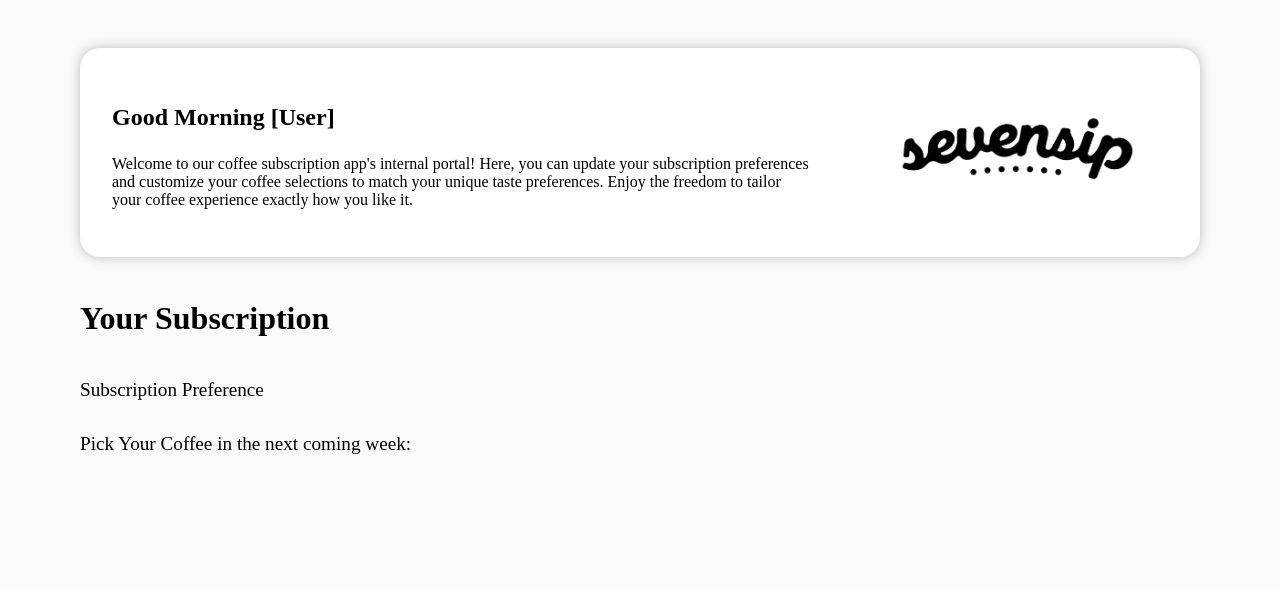
Repository: Haydenleung/COMP-4170-Final-Project
Page: http://localhost/main
The author's editor kept a copy of each file at every save. The page is drawn from the files as they stood at one save, then again after the next save.
The browser window is 1280 px wide. The pictures show the whole page.
The page is served by the project's Node server (app.js).

Above is the page before, as saved 2024-03-22 17:47:13.

### views/main.ejs
<%- include('partials/header') %>


    <div class="main-container">
        <div class="main-subcontainer">
            <div class="main-welcome">
                <div class="main-greeting">
                    <h3>Good Morning [User]</h3>
                    <p>Welcome to our coffee subscription app's internal portal! Here, you can update your subscription
                        preferences and customize your coffee selections to match your unique taste preferences. Enjoy
                        the freedom to tailor your coffee experience exactly how you like it.</p>
                </div>
                <div class="main-feature">

                </div>
            </div>
            <div class="main-logo-container">
                <img class="main-logo" src="/images/logo.png" alt="company logo" />

            </div>
        </div>
        <div class="main-content">
            <h4>Your Subscription</h4>
            <div>
                <h5>Subscription Preference</h5>
                <div></div>
            </div>
            <div>
                <h5>Pick Your Coffee in the next coming week:</h5>
                <div></div>
            </div>
        </div>
    </div>

    <%- include('partials/footer') %>

### views/partials/header.ejs
<!DOCTYPE html>
<html lang="en">

<head>
    <meta charset="UTF-8" />
    <meta http-equiv="X-UA-Compatible" content="IE=edge" />
    <meta name="viewport" content="width=device-width, initial-scale=1.0" />
    <link rel="stylesheet" href="styles/main.css" />
    <title>Subscriber Portal</title>
</head>

<body>
    <main>

### app.js
import express from "express";
import pg from "pg";

const app = express();
const port = 3000;

app.set('view engine', 'ejs');

app.use(express.urlencoded({ extended: true }));
app.use(express.static("public"));

app.get("/", (req, res) => {
    res.render("index.ejs");
});

app.get("/register", (req, res) => {
    res.render("register.ejs");
});

app.get("/main", (req, res) => {
    res.render("main.ejs");
});

app.listen(port, () => {
    console.log(`Server running on port ${port}`);
});

### public/styles/main.css
* {
    box-sizing: border-box;
    font-family: "Montserrat";
}

html {
    background-color: #FAFAFA;
    height: 100vh;
    padding: 0;
    margin: 0;
}

body {
    display: flex;
    flex-direction: column;
    padding: 0;
    margin: 0;
    height: 100%;
}

main {
    display: flex;
    flex-grow: 1;
}

.home {
    display: flex;
    flex-direction: row;
    height: 100%;
    width: 100%;
}

.photo {
    object-fit: cover;
    width: 100%;
    height: 100%;
    border-radius: 0 20px 20px 0;
}

.home-photo {
    height: 100%;
    flex-grow: 1;
    overflow: hidden;
}

.home-login {
    min-width: 40rem;
    display: flex;
    flex-direction: column;
    justify-content: center;
    align-items: center;
}

.login-container {
    width: 100%;
    height: 100%;
    display: flex;
    flex-direction: column;
    justify-content: center;
    align-items: center;
    padding: 1rem 8rem;
}

.logo {
    width: 10rem;
    margin-bottom: 4rem;
}

.form-container {
    display: flex;
    flex-direction: column;
    align-items: center;
    /* background-color: grey; */
    width: 100%;
    margin-bottom: 1.5rem;
}

h3 {
    font-size: 1.5em;
}

.form-title {
    text-align: center;
    margin-bottom: 3rem;
}

.form-main {
    width: 100%;
    display: flex;
    flex-direction: column;
    align-items: center;
    gap: 1.5rem;
}

.login-form {
    width: 100%;
}

.login-button {
    width: 100%;
    display: flex;
    flex-direction: column;
    gap: 1.5rem;
    margin-top: 2rem;
}

.forminput {
    width: 100%;
    height: 3rem;
    background-color: transparent;
    border: none;
    border-bottom: 1px solid black;
    padding: 1rem;
    font-size: 1em;
}

.forminput:focus {
    outline: none;
}

.submitbtn,
.regbtn {
    width: 100%;
    height: 3rem;
    border-radius: 6px;
    border: none;
    font-size: 1em;
    font-weight: 600;
    color: white;
    cursor: pointer;
    text-decoration: none;
    display: flex;
    justify-content: center;
    align-items: center;
}

.submitbtn {
    background-color: #73AC92;
}

.regbtn {
    background-color: #969696
}

.regisblue {
    background-color: #3EA1DB;
}

/* Main */

.main-container {
    width: 100%;
    display: flex;
    flex-direction: column;
    align-items: center;
    padding: 3rem 5rem;
}

.main-subcontainer {
    width: 100%;
    background-color: white;
    border-radius: 15pt;
    box-shadow: 0 0 12px rgba(0, 0, 0, 0.25);
    display: flex;
    flex-direction: row;
    padding: 2rem;
    justify-content: center;
    align-items: center;
    gap: 5%;
}

.main-welcome {
    flex-grow: 1;
    display: flex;
    flex-direction: column;
    width: 100%;
    height: 100%;
}

.main-logo-container {
    padding: 2rem;
    width: 40%;
}

.main-logo {
    width: 100%;
}



.main-content {
    width: 100%;
}

h4 {
    font-size: 2em;
}

h5 {
    font-size: 1.2em;
    font-weight: 400;
}

Loaded but not shown: views/partials/footer.ejs (common file)

After the next save:
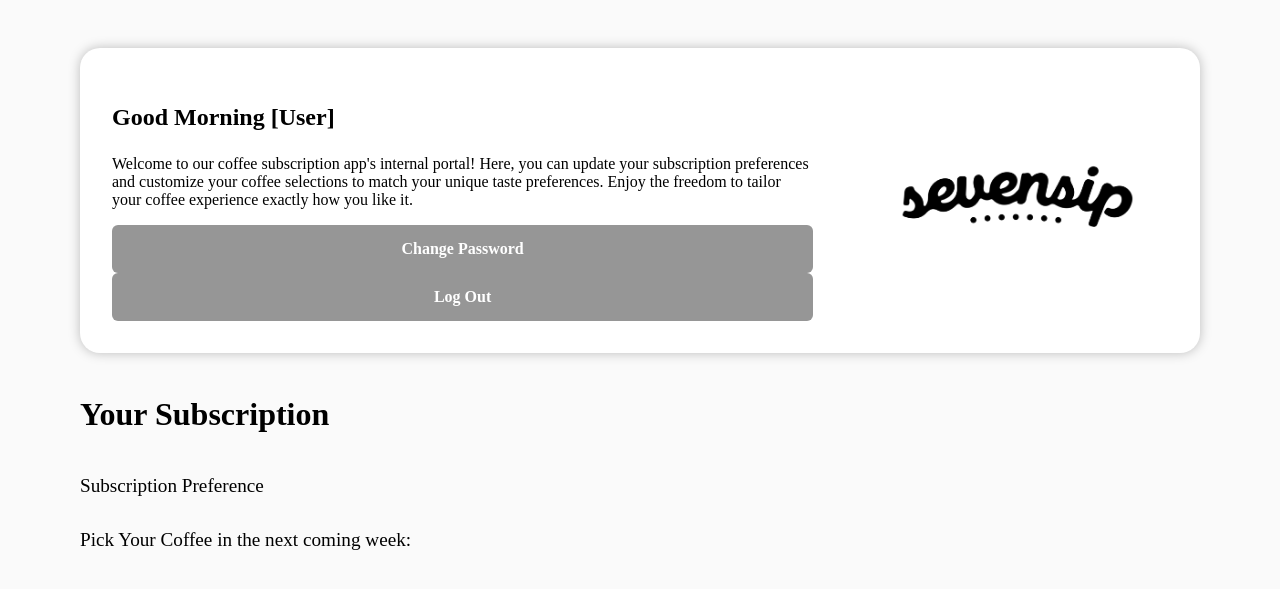
Saved 37 s later.
--- a/views/main.ejs
+++ b/views/main.ejs
@@ -11,7 +11,8 @@
                         the freedom to tailor your coffee experience exactly how you like it.</p>
                 </div>
                 <div class="main-feature">
-
+                    <a href="/edit" class="regbtn">Change Password</a>
+                    <a href="/" class="regbtn">Log Out</a>
                 </div>
             </div>
             <div class="main-logo-container">
